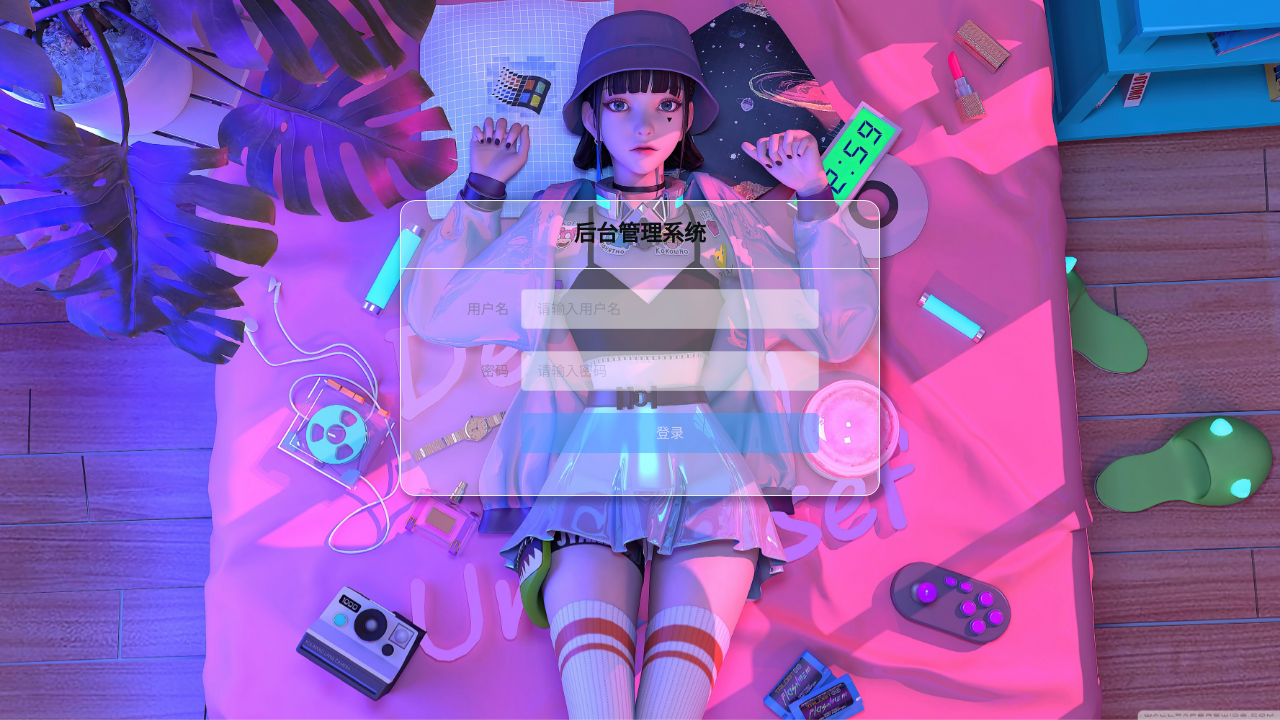
Repository: wuder-jie/Manager-System
Page: /
An editor plug-in stored every save of this project. The page is shown before and after the next save, followed by the edit.
The browser window is 1280 px wide. The pictures show the whole page.
The project was rebuilt for these pictures with package versions that can differ from the ones it lists, and the page was loaded fresh each time. Also part of the build but not shown: vue.config.js.

Above is the page before, as saved 2022-11-27 18:58:33.

### src/main.js
import Vue from "vue";
import App from "./App.vue";
import ElementUI from "element-ui";
import "element-ui/lib/theme-chalk/index.css";
// 引入reset样式重置文件。
import "@/assets/css/reset.css";
// 引入图标样式
import "font-awesome/css/font-awesome.min.css";
// 引入axios
import service from "@/api/service.js";
// 引入路由器
import router from "@/router";
// 把axios挂载到原型，所有的vc都可访问。
Vue.prototype.service = service;
Vue.config.productionTip = false;
Vue.use(ElementUI);

new Vue({ router, render: (h) => h(App) }).$mount("#app");

### src/App.vue
<template>
  <div id="app">
    <router-view></router-view>
  </div>
</template>

<script>
export default {
  name: "app",
  data() {
    return {};
  },
  components: {},
  methods: {},
};
</script>
<style lang="scss">
.suc {
  background-color: red;
}
</style>

### src/assets/css/reset.css
body {
  font-family:arial,helvetica,sans-serif;
  font-size:13px;
  font-size-adjust:none;
  font-stretch:normal;
  font-style:normal;
  font-variant:normal;
  font-weight:normal;
  line-height:1.4;
  text-align:center;
  }
  *{
    margin: 0;
    padding: 0;
    box-sizing: border-box;
  }
  html,body,#app{
    width: 100%;
    height: 100%;
  }
  body, ul, ol, dl, dd, h1, h2, h3, h4, h5, h6, p, form, fieldset, legend, input, textarea, select, button, th, td {
  margin:0;
  padding:0;
  }
  h1, h2, h3, h4, h5, h6 {
  font-size:100%;
  font-weight:normal;
  }
  table {
  font-size:inherit;
  }
  input, select {
  font-family:arial,helvetica,clean,sans-serif;
  font-size:100%;
  font-size-adjust:none;
  font-stretch:normal;
  font-style:normal;
  font-variant:normal;
  font-weight:normal;
  line-height:normal;
  }
  button {
  overflow:visible;
  }
  th, em, strong, b, address, cite {
  font-style:normal;
  font-weight:normal;
  }
  li {
  list-style-image:none;
  list-style-position:outside;
  list-style-type:none;
  }
  img, fieldset {
  border:0 none;
  }
  ins {
  text-decoration:none;
  }

### src/api/service.js
import axios from "axios";
import { getToken } from "@/utils/localStorage.js";
const service = axios.create({
  baseURL: "/api2",
  timeout: 3000,
});
// 添加请求拦截器
service.interceptors.request.use(
  function (config) {
    // 在发送请求之前做些什么
    // 配置token到headers中。
    if (getToken("TOKEN")) {
      config.headers["TOKEN"] = getToken("TOKEN");
    }

    return config;
  },
  function (error) {
    // 对请求错误做些什么
    return Promise.reject(error);
  }
);

// 添加响应拦截器
service.interceptors.response.use(
  function (response) {
    // 对响应数据做点什么
    return response;
  },
  function (error) {
    // 对响应错误做点什么
    return Promise.reject(error);
  }
);
export default service;

### src/router/index.js
import Vue from "vue";
import Router from "vue-router";
Vue.use(Router);
const routes = [
  {
    path: "/",
    redirect: "/login",
  },
  {
    name: "login",
    path: "/login",
    // 路由懒加载
    component: () => import("@/pages/login"),
  },
  {
    name: "NotFound",
    path: "*",
    // 路由懒加载
    component: () => import("@/components/NotFound.vue"),
  },
  {
    name: "home",
    path: "/home",
    // 路由懒加载
    component: () => import("@/pages/home"),
    // 异步组件
    // component: (resolve) => require(["@/pages/home"], resolve),
  },
];

const router = new Router({
  mode: "history",
  routes,
});
export default router;

### src/utils/localStorage.js
export function setToken(key, value) {
  localStorage.setItem(key, value);
}
export function getToken(key) {
  return localStorage.getItem(key);
}
export function removeToken(key) {
  localStorage.removeItem(key);
}

### src/pages/login/index.vue
<template>
  <div id="login">
    <el-card class="box-card">
      <div slot="header" class="clearfix">
        <span>后台管理系统</span>
      </div>
      <el-form
        :model="ruleForm"
        status-icon
        ref="ruleForm"
        label-width="100px"
        class="demo-ruleForm"
      >
        <el-form-item label="用户名" prop="userName">
          <el-input
            type="userName"
            placeholder="请输入用户名"
            v-model.trim="ruleForm.userName"
            @blur="validateUserName"
            autocomplete="off"
          ></el-input>
        </el-form-item>
        <el-form-item label="密码" prop="password">
          <el-input
            type="password"
            placeholder="请输入密码"
            @blur="validatePassWord"
            v-model.trim="ruleForm.password"
            autocomplete="off"
          ></el-input>
        </el-form-item>
        <el-form-item>
          <el-button
            type="primary"
            @click.prevent="submitForm('ruleForm')"
            class="btn-login"
            >登录</el-button
          >
        </el-form-item>
      </el-form>
    </el-card>
  </div>
</template>

<script>
import { login } from "@/api/index.js";
import { setToken } from "@/utils/localStorage.js";
export default {
  name: "LoginItem",
  data() {
    return {
      ruleForm: {
        userName: "",
        password: "",
      },
      // 验证表单
    };
  },
  methods: {
    async submitForm(formName) {
      this.$refs[formName].validate(async (valid) => {
        if (valid) {
          if (this.ruleForm.userName !== "" && this.ruleForm.password !== "") {
            // 发送请求登录请求。
            const data = {
              username: this.ruleForm.userName,
              password: this.ruleForm.password,
            };
            const { data: result } = await login(data);
            if (result.status === 200) {
              setToken("TOKEN", JSON.stringify(result.token));
              setToken("USERNAME", JSON.stringify(result.username));
              this.$message({
                message: "登录成功",
                type: "success",
              });
              this.$router.push("/home");
            }
          }
        } else {
          console.log("error submit!!");
          return false;
        }
      });
    },
    // 验证用户名
    validateUserName() {
      let val1 = /^(?:(?:\+|00)86)?1[3-9]\d{9}$/;
      if (this.ruleForm.userName === "") {
        this.$message({
          message: "用户名不能为空",
          type: "warning",
        });
      } else if (!val1.test(this.ruleForm.userName)) {
        this.$message({
          message: "你输入的手机号不符合规定，请重新输入",
          type: "warning",
        });
      }
    },
    // 验证密码
    validatePassWord() {
      // 大写字母、小写字母、数字、字符任选三项。
      let val2 =
        /^(?![a-zA-Z]+$)(?![A-Z0-9]+$)(?![A-Z\W_!@#$%^&*`~()-+=]+$)(?![a-z0-9]+$)(?![a-z\W_!@#$%^&*`~()-+=]+$)(?![0-9\W_!@#$%^&*`~()-+=]+$)[a-zA-Z0-9\W_!@#$%^&*`~()-+=]/;
      if (this.ruleForm.password === "") {
        this.$message({
          message: "密码不能为空",
          type: "warning",
        });
      } else if (!val2.test(this.ruleForm.password)) {
        this.$message({
          message:
            "密码不符合规定，必须在大写字母、小写字母、数字、字符中任选三项",
          type: "warning",
        });
      }
    },
  },
};
</script>
<style lang="scss" scoped>
#login {
  position: absolute;
  width: 100%;
  height: 100%;
  background-color: antiquewhite;
  margin: 0px;
  background: url(@/assets/images/cute_anime_girl_2-wallpaper-3554x1999.jpg)
    no-repeat;
  background-size: 100% 100%;
  background-attachment: fixed;
  .el-form {
    margin-right: 40px;
    filter: alpha(Opacity=80);
    -moz-opacity: 0.5;
    opacity: 0.5;
    color:black

  }
  .box-card {
    background: rgba(255, 255, 255, 0.3);
    box-shadow: 4px 4px 6px 3px rgba(0, 0, 0, 0.3);
    border-radius: 15px;
  }
  .btn-login {
    width: 100%;
  }
  .text {
    font-size: 14px;
  }
  .clearfix span {
    font-size: 22px;
    font-weight: 600;
    color: rgb(11, 17, 15);
  }

  .clearfix:before,
  .clearfix:after {
    display: table;
    content: "";
  }
  .clearfix:after {
    clear: both;
  }

  .box-card {
    width: 480px;
    margin: 200px auto;
  }
}
</style>

### src/api/index.js
import service from "./service.js";

// 登录请求。/login    post   username,password
export const login = function (data = {}) {
  return service({url:'/login',method:'post',data})
};

Loaded but not shown: public/index.html (common file)

After the next save:
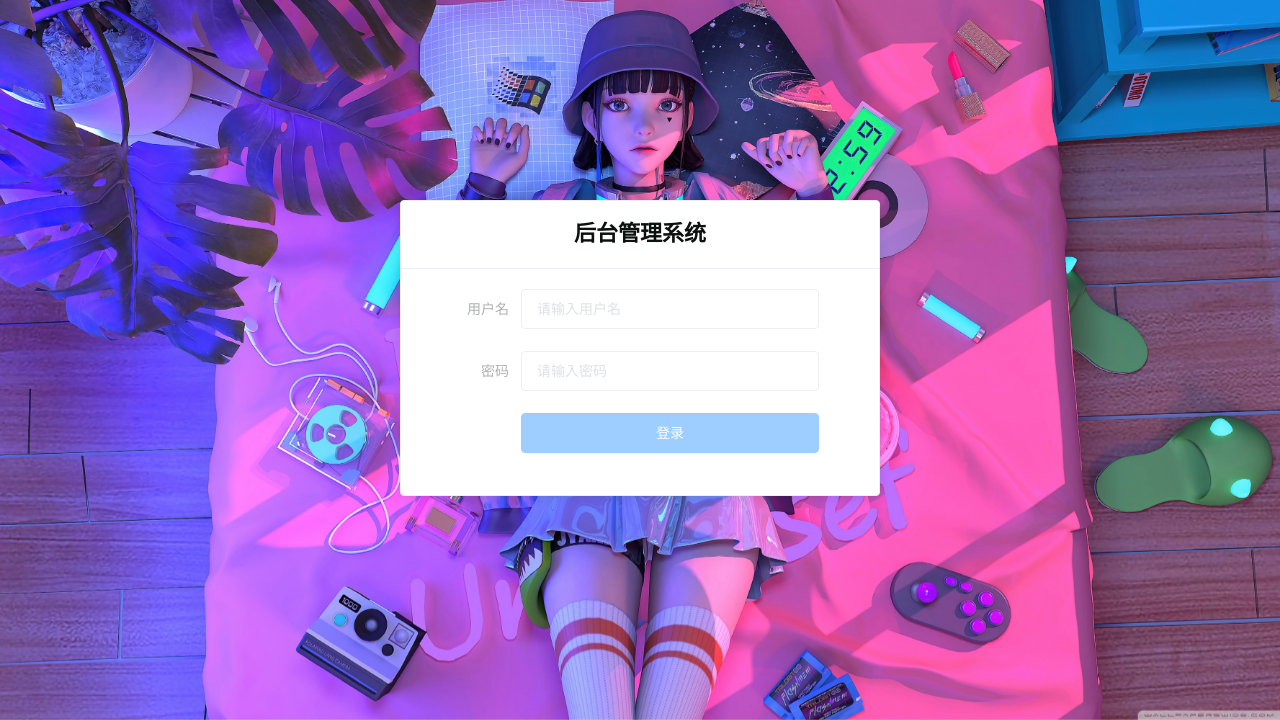
Saved 29 s later.
--- a/src/pages/login/index.vue
+++ b/src/pages/login/index.vue
@@ -138,6 +138,7 @@
     color:black
 
   }
+  .demo-ruleForm
   .box-card {
     background: rgba(255, 255, 255, 0.3);
     box-shadow: 4px 4px 6px 3px rgba(0, 0, 0, 0.3);

After the 3 saves that followed:
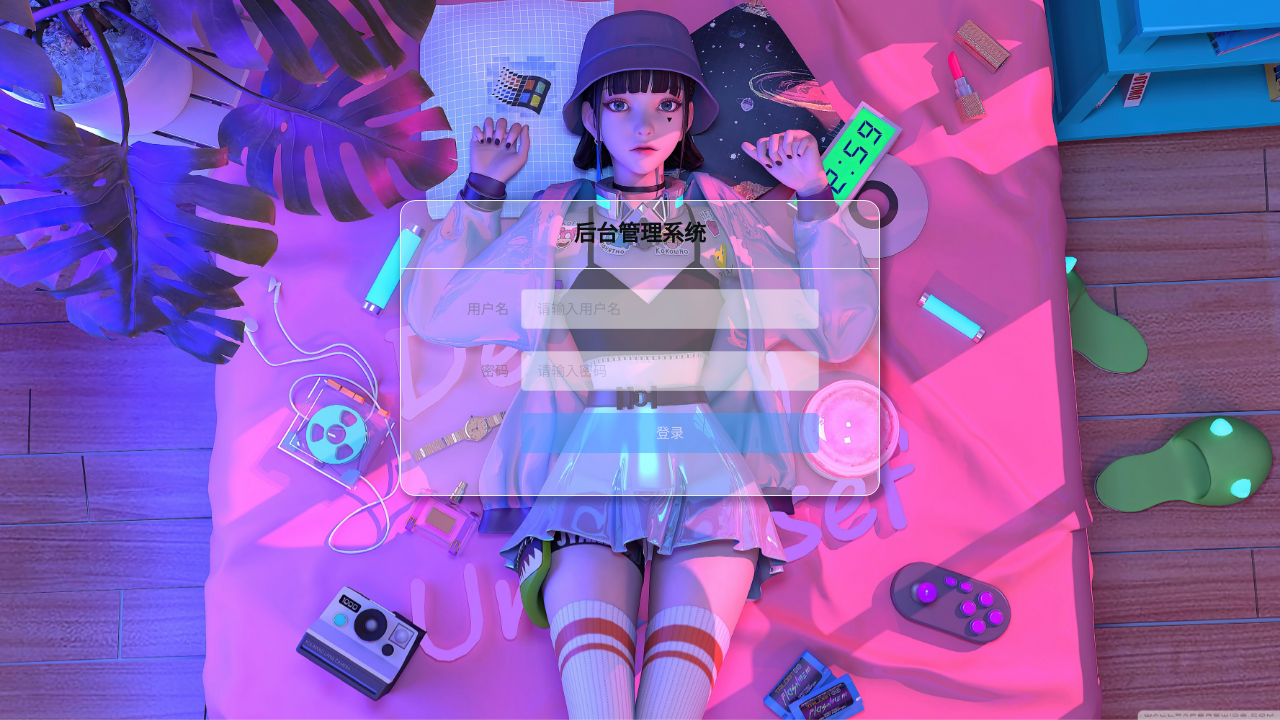
The 3 saves are shown as one change because they came seconds apart.
The last was saved 7 s later.
--- a/src/pages/login/index.vue
+++ b/src/pages/login/index.vue
@@ -138,7 +138,9 @@
     color:black
 
   }
-  .demo-ruleForm
+  .demo-ruleForm{
+    color: black;
+  }
   .box-card {
     background: rgba(255, 255, 255, 0.3);
     box-shadow: 4px 4px 6px 3px rgba(0, 0, 0, 0.3);
